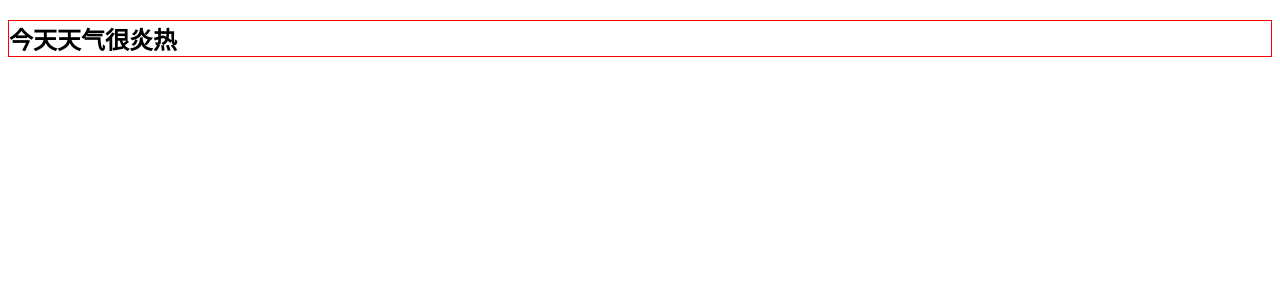
Repository: chenguocan/React-todoList
Page: index.html
An editor plug-in stored every save of this project. The page is shown before and after the next save, followed by the edit.
The browser window is 1280 px wide. The pictures show the whole page.

Above is the page before, as saved 2020-09-11 16:29:28.

### index.html
<!DOCTYPE html>
<html lang="en">

<head>
    <meta charset="UTF-8">
    <meta name="viewport" content="width=device-width, initial-scale=1.0">
    <title>hello_react</title>
    <style>
        .demo {
            cursor: pointer;
            border: 1px solid red;
        }
    </style>

</head>

<body>
    <div class="test"> </div>
    <script src="./js/babel.min.js"></script>
    <script src="./js/react.development.js"></script>
    <script src="./js/react-dom.development.js"></script>
    <script type="text/babel">
        class Weather extends React.Component {
            constructor() {
                super();
                this.state = { isHot: true }
                this.demo = this.demo.bind(this);
            }
            demo() {
                let { isHot } = this.state
                this.setState({ isHot: !isHot })
            }
            render() {
                return <h2 className="demo" onClick={this.demo}>今天天气很{this.state.isHot ? "炎热" : "凉爽"}</h2>

            }
        }
        ReactDOM.render(<Weather />, document.querySelector(".test"));
    </script>
</body>

</html>

Loaded but not shown: js/babel.min.js (library); js/react-dom.development.js (library); js/react.development.js (3155 lines, source omitted)

After the next save:
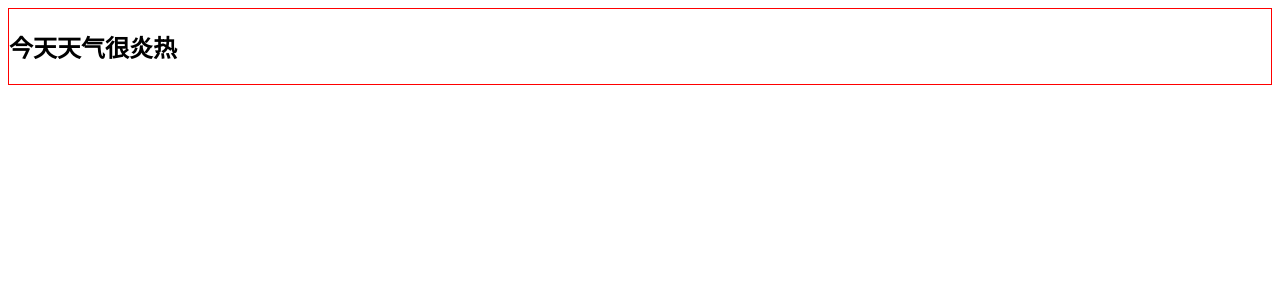
Saved 28 s later.
--- a/index.html
+++ b/index.html
@@ -31,8 +31,11 @@
                 this.setState({ isHot: !isHot })
             }
             render() {
-                return <h2 className="demo" onClick={this.demo}>今天天气很{this.state.isHot ? "炎热" : "凉爽"}</h2>
-
+                return (
+                    <div className="demo" onClick={this.demo}>
+                        <h2 >今天天气很{this.state.isHot ? "炎热" : "凉爽"}</h2>
+                    </div>
+                )
             }
         }
         ReactDOM.render(<Weather />, document.querySelector(".test"));
